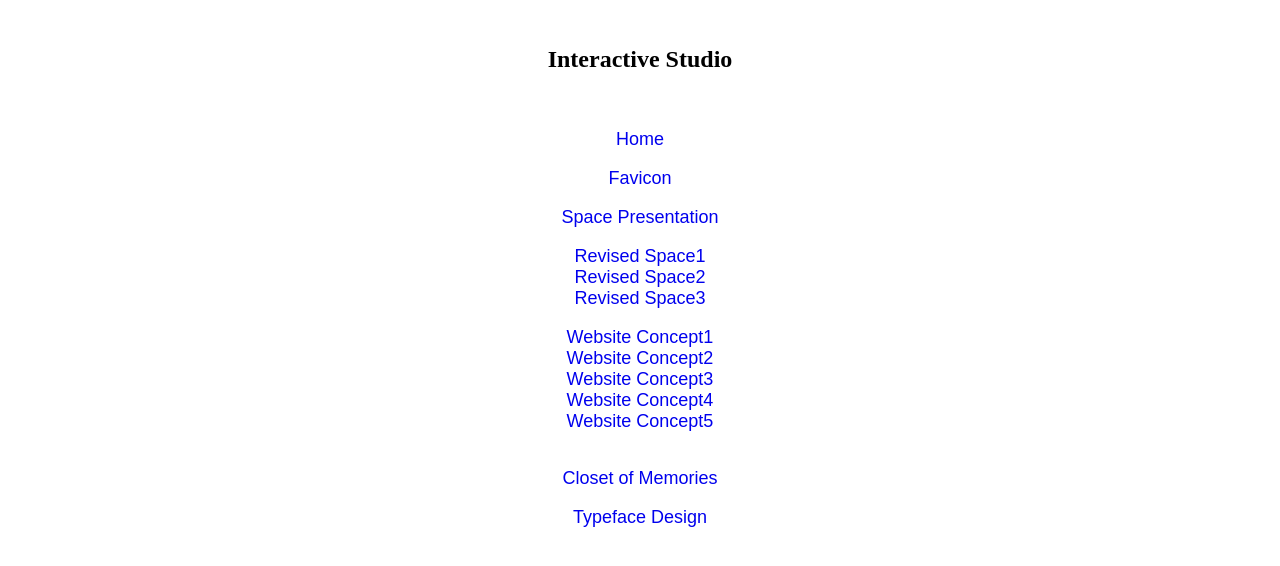
Repository: parkh899/parkh899.github.io
Page: studio/index.html
The author's editor kept a record of every edit. The page is drawn from the files as they stood at one moment, then again after the next edit.
The browser window is 1280 px wide. The pictures show the whole page.

Above is the page before.

After the next edit:
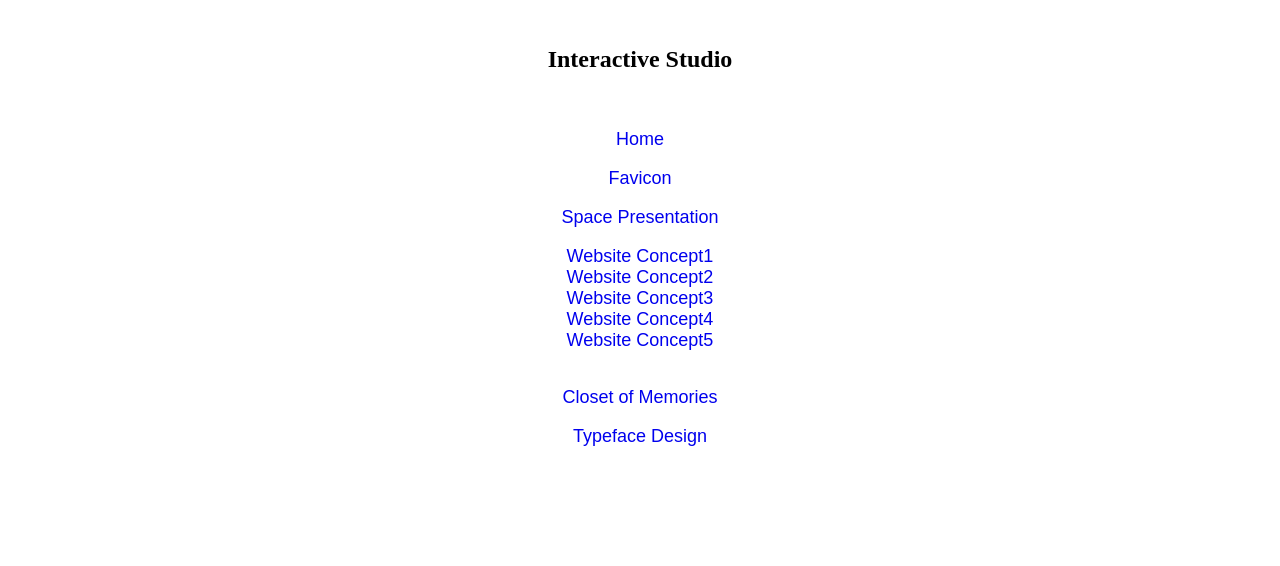
The edit:
--- a/studio/index.html
+++ b/studio/index.html
@@ -31,9 +31,6 @@
             <a href= "../index.html">Home</a><br/><br/>
             <a href= "favicon.html">Favicon</a><br/><br/>
             <a href= "space/space.pdf">Space Presentation</a><br/><br/>
-            <a href= "space/concept1rev.pdf">Revised Space1</a><br/>
-            <a href= "space/concept2rev.pdf">Revised Space2</a><br/>
-            <a href= "space/concept3rev.pdf">Revised Space3</a><br/><br/>
             <a href= "space/concept1.pdf">Website Concept1</a><br/>
             <a href= "space/concept2.pdf">Website Concept2</a><br/>
             <a href= "space/concept3.pdf">Website Concept3</a><br/>
